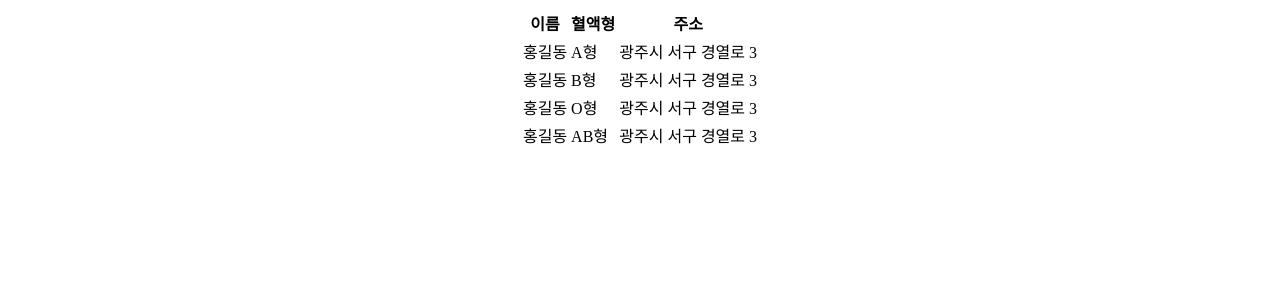
Repository: l3asic/TeamC
Page: 09.jQuery/WebContent/jq01.html
These files come from the project's save history. The page is drawn as it stood at one moment and after the next save; the edit follows.
The browser window is 1280 px wide. The pictures show the whole page.

Above is the page before, as saved 2021-12-08 05:29:13.

After the next save:
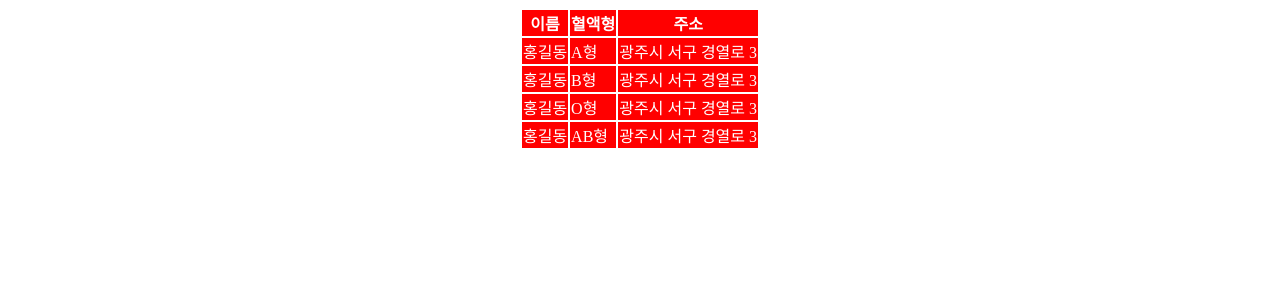
Saved 3 min 30 s later.
--- a/09.jQuery/WebContent/jq01.html
+++ b/09.jQuery/WebContent/jq01.html
@@ -3,6 +3,12 @@
 <head>
 <meta charset="UTF-8">
 <title>jQuery01</title>
+<style type="text/css">
+table tr{
+	background-color: #ff0000;
+	color: #ffffff;
+}
+</style>
 </head>
 <body>
 <div align="center">
